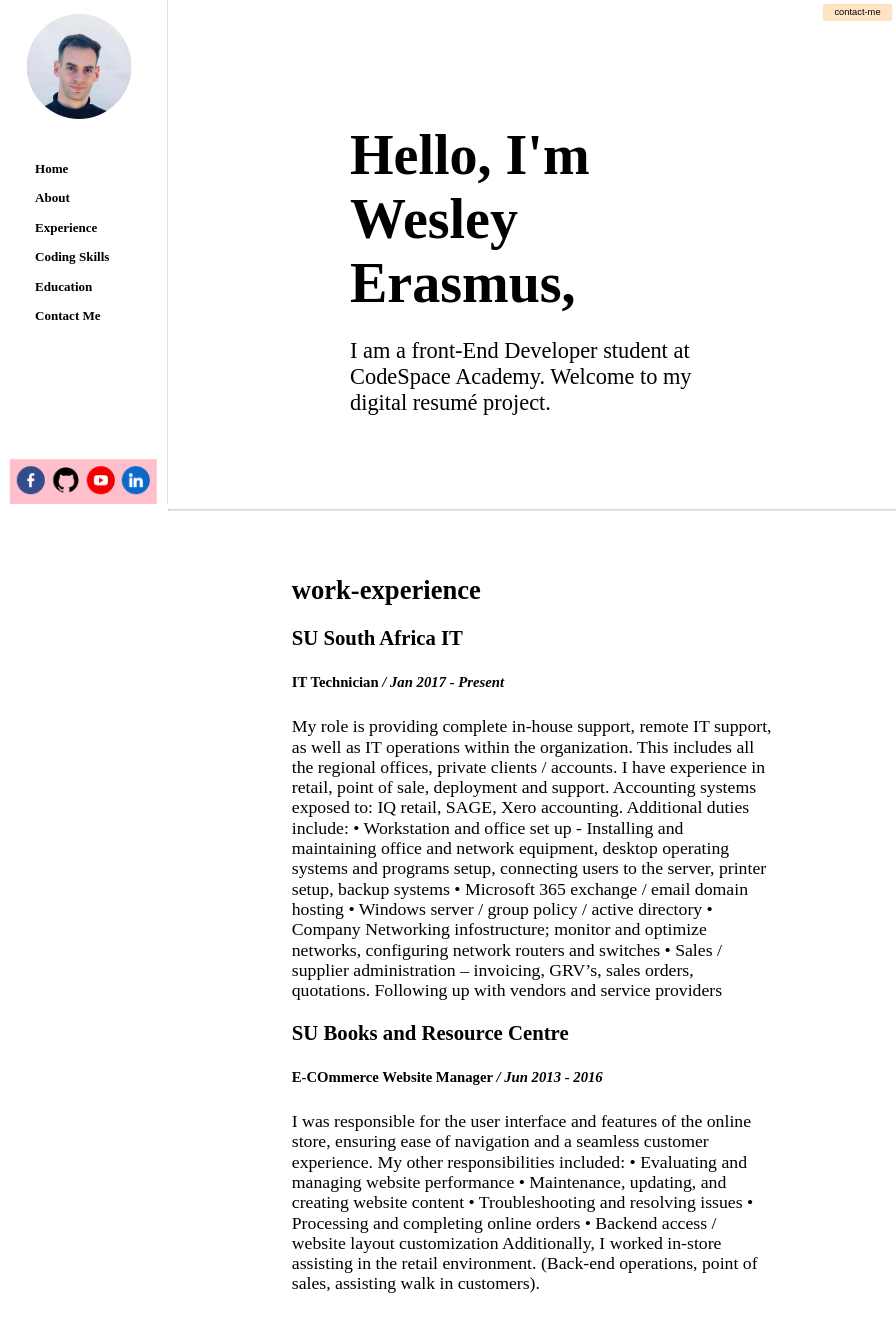
Repository: WesleyErasmus/MyDigitalResume-5
Page: index.html
An editor plug-in stored every save of this project. The page is shown before and after the next save, followed by the edit.
The browser window is 1280 px wide. The pictures show the part of the page from y = 0 to 1920 px (the page is 2720 px tall), at 70% of full size.

Above is the page before, as saved 2022-02-25 21:46:28.

After the next save:
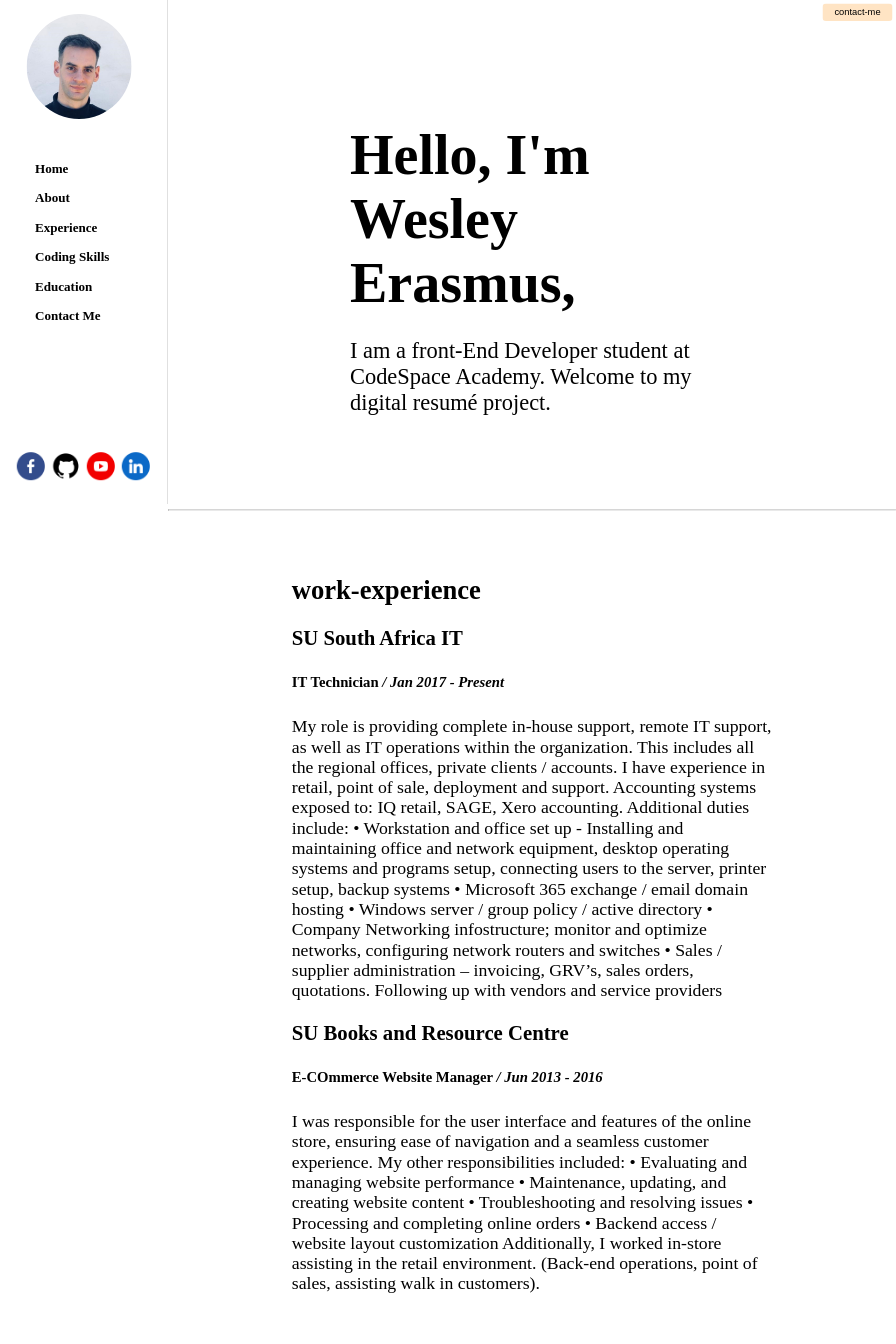
Saved 14 s later.
--- a/stylesheet.css
+++ b/stylesheet.css
@@ -49,14 +49,13 @@ ul.nav-btns{
 font-size: 14pt;
 }
 ul.social-media-links {
-    background-color: pink;
     display: flex;
     position: absolute;
     bottom: 0;
     margin: 0 auto;
     left: 6%;
     padding: 5px;
-    /* padding-bottom: 5px; */
+    padding-bottom: 25px;
 }
 .social-media-links li {
     margin: 5px;
